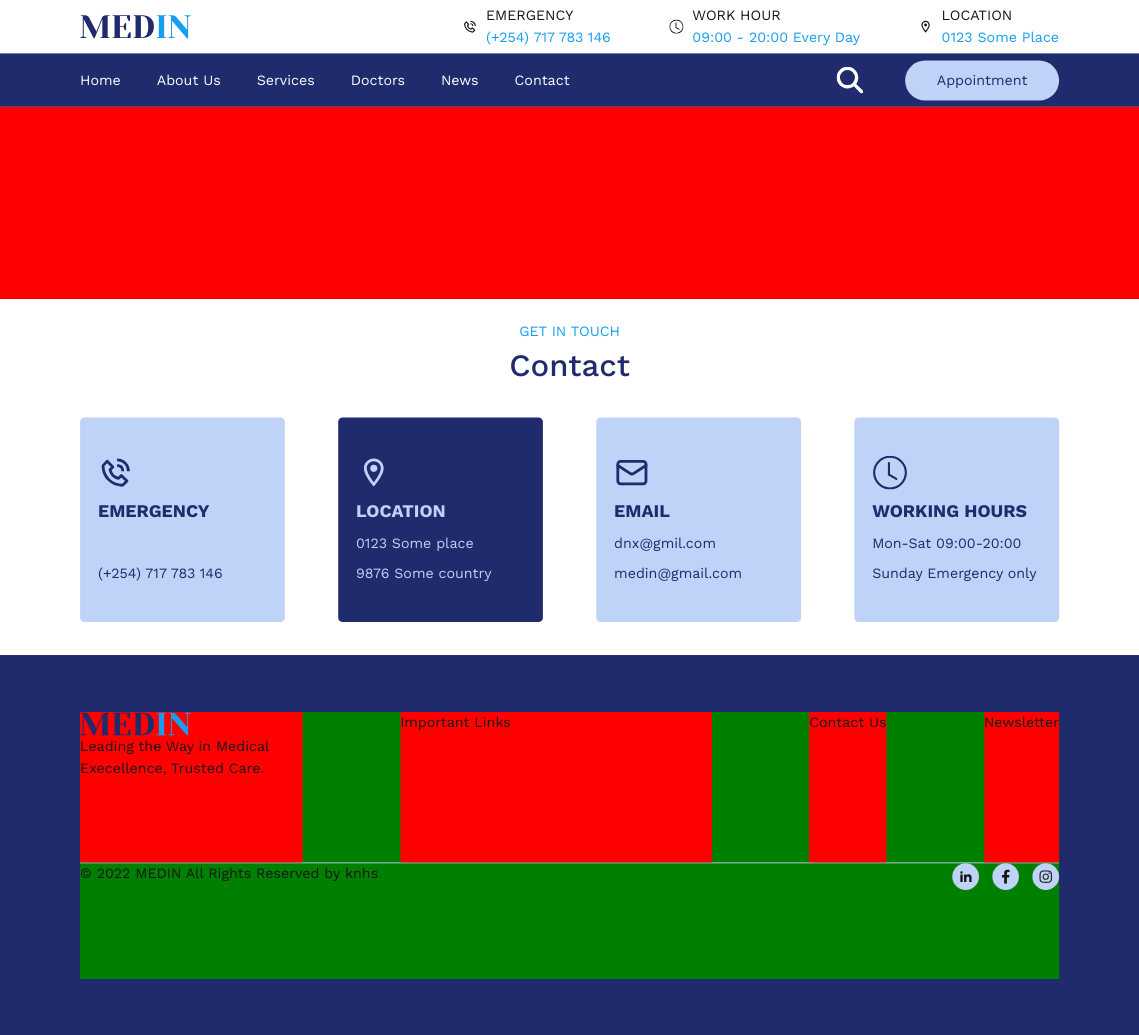
Repository: SynHK3/Poc_Hospital
Page: /appointment (app in fe_hospital/)
These files come from the project's save history. The page is drawn as it stood at one moment and after a run of saves; the edit follows.
The browser window is 1280 px wide. The pictures show the whole page, at 89% of full size.
The project was rebuilt for these pictures with package versions that can differ from the ones it lists, and the page was loaded fresh each time. The framework's server and built-in components were replaced by stand-ins that run in the browser. Also part of the build but not shown: fe_hospital/next.config.ts.

Above is the page before, as saved 2025-09-02 16:44:00.

### fe_hospital/src/app/layout.tsx
import type { Metadata } from "next";
import { Geist, Geist_Mono, Work_Sans } from "next/font/google";
import "./globals.css";

const geistSans = Geist({
  variable: "--font-geist-sans",
  subsets: ["latin"],
});

const geistMono = Geist_Mono({
  variable: "--font-geist-mono",
  subsets: ["latin"],
});

const workSans = Work_Sans({
  subsets: ["latin"],
  weight: ["400", "500", "600", "700"], // chọn các weight cần
});

export const metadata: Metadata = {
  title: "Create Next App",
  description: "Generated by create next app",
};

export default function RootLayout({
  children,
}: Readonly<{
  children: React.ReactNode;
}>) {
  return (
    <html lang="en">
      <body
        className={`${workSans.className} ${geistMono.variable} antialiased`}
      >
        {children}
      </body>
    </html>
  );
}

### fe_hospital/src/app/appointment/page.tsx
import Header from "@/components/header/header";
import "./appointment.css";
import Contact from "@/components/contact/contact";
import Footer from "@/components/footer/footer";

export default function Appointment() {
  return (
    <div>
      <Header></Header>
      <div className="container__content--appointment"></div>
      <Contact></Contact>
      <Footer></Footer>
    </div>
  );
}

### fe_hospital/src/components/header/header.tsx
import Logo from "../../images/Logo.svg";
import Image from "next/image";
import { BiPhoneCall } from "react-icons/bi";
import { FaMagnifyingGlass } from "react-icons/fa6";
import { BsClock } from "react-icons/bs";
import { MdOutlineLocationOn } from "react-icons/md";
import "./header.css";

export default function Header() {
  return (
    <div className="container__header">
      <div className="header__layout">
        <div className="header__headline">
          <Image src={Logo} width={125} height={42} alt=""></Image>

          <div className="header__headline--info">
            <div className="header__headline--info--item">
              <BiPhoneCall className="icon__info--item"></BiPhoneCall>

              <div className="header__headline--info--desc">
                <h3>EMERGENCY</h3>
                <h5>(+254) 717 783 146</h5>
              </div>
            </div>

            <div className="header__headline--info--item">
              <BsClock className="icon__info--item"></BsClock>

              <div className="header__headline--info--desc">
                <h3>WORK HOUR</h3>
                <h5>09:00 - 20:00 Every Day</h5>
              </div>
            </div>

            <div className="header__headline--info--item">
              <MdOutlineLocationOn className="icon__info--item"></MdOutlineLocationOn>

              <div className="header__headline--info--desc">
                <h3>LOCATION</h3>
                <h5>0123 Some Place</h5>
              </div>
            </div>
          </div>
        </div>

        <div className="header__nav">
          <div className="layout__header--nav">
            <ul className="header__list--nav">
              <li>Home</li>
              <li>About Us</li>
              <li>Services</li>
              <li>Doctors</li>
              <li>News</li>
              <li>Contact</li>
            </ul>

            <div className="header__nav--appoinment">
              <FaMagnifyingGlass fontSize={30}></FaMagnifyingGlass>

              <button className="header__btn--appointment">Appointment</button>
            </div>
          </div>
        </div>
      </div>
    </div>
  );
}

### fe_hospital/src/app/appointment/appointment.css
.container__content--appointment {
  width: 100%;
  height: 30vh;
  background-color: red;
}

### fe_hospital/src/components/contact/contact.tsx
import "./contact.css";

import { BiPhoneCall } from "react-icons/bi";
import { MdOutlineLocationOn } from "react-icons/md";
import { LuMail } from "react-icons/lu";
import { BsClock } from "react-icons/bs";

export default function Contact() {
  return (
    <div className="container__contact">
      <div className="container__layout--contact">
        <div className="content__contact--headline">
          <h6>GET IN TOUCH</h6>
          <h1>Contact</h1>
        </div>

        <ul className="content__list--contact">
          <li>
            <div className="contact--item">
              <BiPhoneCall className="contact__item--icon"></BiPhoneCall>
              <h1>EMERGENCY</h1>

              <h3 style={{ visibility: "hidden" }}>dnx@gmil.com</h3>
              <p>(+254) 717 783 146</p>
            </div>
          </li>
          <li>
            <div className="contact--item">
              <MdOutlineLocationOn className="contact__item--icon"></MdOutlineLocationOn>
              <h1>LOCATION</h1>

              <p>0123 Some place</p>
              <p>9876 Some country</p>
            </div>
          </li>
          <li>
            <div className="contact--item">
              <LuMail className="contact__item--icon"></LuMail>
              <h1>EMAIL</h1>

              <p>dnx@gmil.com</p>
              <p>medin@gmail.com</p>
            </div>
          </li>
          <li>
            <div className="contact--item">
              <BsClock className="contact__item--icon"></BsClock>
              <h1 className="headline--item">WORKING HOURS</h1>

              <p>Mon-Sat 09:00-20:00</p>
              <p>Sunday Emergency only</p>
            </div>
          </li>
        </ul>
      </div>
    </div>
  );
}

### fe_hospital/src/components/footer/footer.tsx
import "./footer.css";
import { RiLinkedinFill } from "react-icons/ri";
import { FaFacebookF } from "react-icons/fa";
import { FaInstagram } from "react-icons/fa";
import Image from "next/image";
import Logo from "../../images/Logo.svg";

export default function Footer() {
  return (
    <div className="container__footer">
      <div className="container__layout--footer">
        <ul className="list__footer--item">
          <li>
            <div>
              <Image src={Logo} width={125} height={42} alt=""></Image>
              <h1 className="headline__footer">Leading the Way in Medical Execellence, Trusted Care.</h1>
            </div>
          </li>
          <li>
            <div>
              <h1>Important Links</h1>
              <ul className="list--item--footer--link">
                <li></li>
                <li></li>
                <li></li>
                <li></li>
              </ul>
            </div>
          </li>

          <li>
            <div>
              <h1>Contact Us</h1>
              <ul className="list--item--footer--contact">
                <li></li>
                <li></li>
                <li></li>
                <li></li>
              </ul>
            </div>
          </li>
          <li>
            <div>
              <h1>Newsletter</h1>
            </div>
          </li>
        </ul>

        <div className="footer--line"></div>

        <div className="footer--link--social">
          <h3>© 2022 MEDIN All Rights Reserved by knhs</h3>

          <ul className="list--icon--link--social">
            <li>
              <RiLinkedinFill></RiLinkedinFill>
            </li>
            <li>
              <FaFacebookF></FaFacebookF>
            </li>
            <li>
              <FaInstagram></FaInstagram>
            </li>
          </ul>
        </div>
      </div>
    </div>
  );
}

### fe_hospital/src/components/header/header.css
.container__header {
  width: 100%;
  height: 120px;
}

.header__layout {
  display: flex;
  flex-direction: column;
  align-items: center;
  width: 100%;
}

.header__headline {
  display: flex;
  justify-content: space-between;
  width: 1100px;
  height: 60px;
}

.header__headline--info {
  width: 670px;
  display: flex;
  justify-content: space-between;
}

.header__headline--info--desc > h5 {
  color: #159eec;
}

.header__headline--info--item {
  height: 60px;
  display: flex;
  align-items: center;
}

.icon__info--item {
  font-size: 30;
  margin-right: 10px;
}

/* Header Nav */

.header__nav {
  display: flex;
  align-items: center;
  justify-content: center;
  width: 100%;
  height: 60px;
  background-color: #1f2b6c;
  color: white;
}

.layout__header--nav {
  display: flex;
  justify-content: space-between;
  align-items: center;
  width: 1100px;
  height: 60px;
}

.header__list--nav {
  width: 550px;
  display: flex;
  justify-content: space-between;
}

.header__nav--appoinment {
  width: 250px;
  height: 45px;
  display: flex;
  justify-content: space-between;
  align-items: center;
}

.header__btn--appointment {
  color: #1f2b6c;
  width: 173px;
  height: 45px;
  background-color: #bfd2f8;
  border-radius: 30px;
}

### fe_hospital/src/components/contact/contact.css
.container__contact {
  display: flex;
  width: 100%;
  height: 400px;
  justify-content: center;
}

.container__layout--contact {
  display: flex;
  flex-direction: column;
  justify-content: space-between;
  width: 1100px;
  height: 363px;
}

.content__contact--headline {
  display: flex;
  flex-direction: column;
  width: 100%;
  height: 127px;
  align-items: center;
  justify-content: center;
}

.content__list--contact {
  display: flex;
  justify-content: space-between;
  align-items: center;
}

.content__contact--headline > h1 {
  font-size: 35px;
  font-weight: 500;
  color: #1f2b6c;
}
.content__contact--headline > h6 {
  color: #159eec;
}

.content__list--contact > li {
  display: flex;
  align-items: center;
  width: 230px;
  height: 230px;
  background-color: #bfd2f8;
  border-radius: 5px;
}

.content__list--contact > li:nth-child(2) {
  background-color: #1f2b6c;
}

.content__list--contact > li:nth-child(2) > div > p,
.content__list--contact > li:nth-child(2) > div > h1,
.content__list--contact > li:nth-child(2) > div > .contact__item--icon {
  color: #bfd2f8;
}

.contact--item {
  margin-left: 20px;
  display: flex;
  flex-direction: column;
  justify-content: space-between;
  width: 126px;
  height: 145px;
}

.contact--item > h1 {
  width: 230px;
  font-size: 20px;
  font-weight: 700;
  color: #1f2b6c;
}

.contact--item > p {
  width: 230px;
  color: #1f2b6c;
}

.headline--item {
  width: 140px;
}

.contact__item--icon {
  width: 40px;
  height: 38px;
  color: #1f2b6c;
}

### fe_hospital/src/components/footer/footer.css
.container__footer {
  display: flex;
  width: 100%;
  height: 427px;
  justify-content: center;
  align-items: center;
  background-color: #1f2b6c;
}

.container__layout--footer {
  width: 1100px;
  height: 300px;
  background-color: green;
}

/* Footer Items  */
.list__footer--item {
  display: flex;
  justify-content: space-between;
  height: 169px;
}

.list__footer--item > li {
  background-color: red;
}

.list__footer--item > li:nth-child(2) {
  width: 350px;
}

.headline__footer {
  width: 250px;
}

/* Footer Line */

.footer--line {
  width: 100%;
  height: 1px;
  background-color: #bfd2f8;
}

.footer--link--social {
  justify-content: space-between;
  display: flex;
}

.list--icon--link--social {
  display: flex;
  justify-content: space-between;
  width: 120px;
}

.list--icon--link--social > li {
  display: flex;
  align-items: center;
  justify-content: center;
  width: 30px;
  height: 30px;
  background-color: #bfd2f8;
  border-radius: 50%;
}

Loaded but not shown: fe_hospital/src/app/globals.css (common file)

After the next 2 saves:
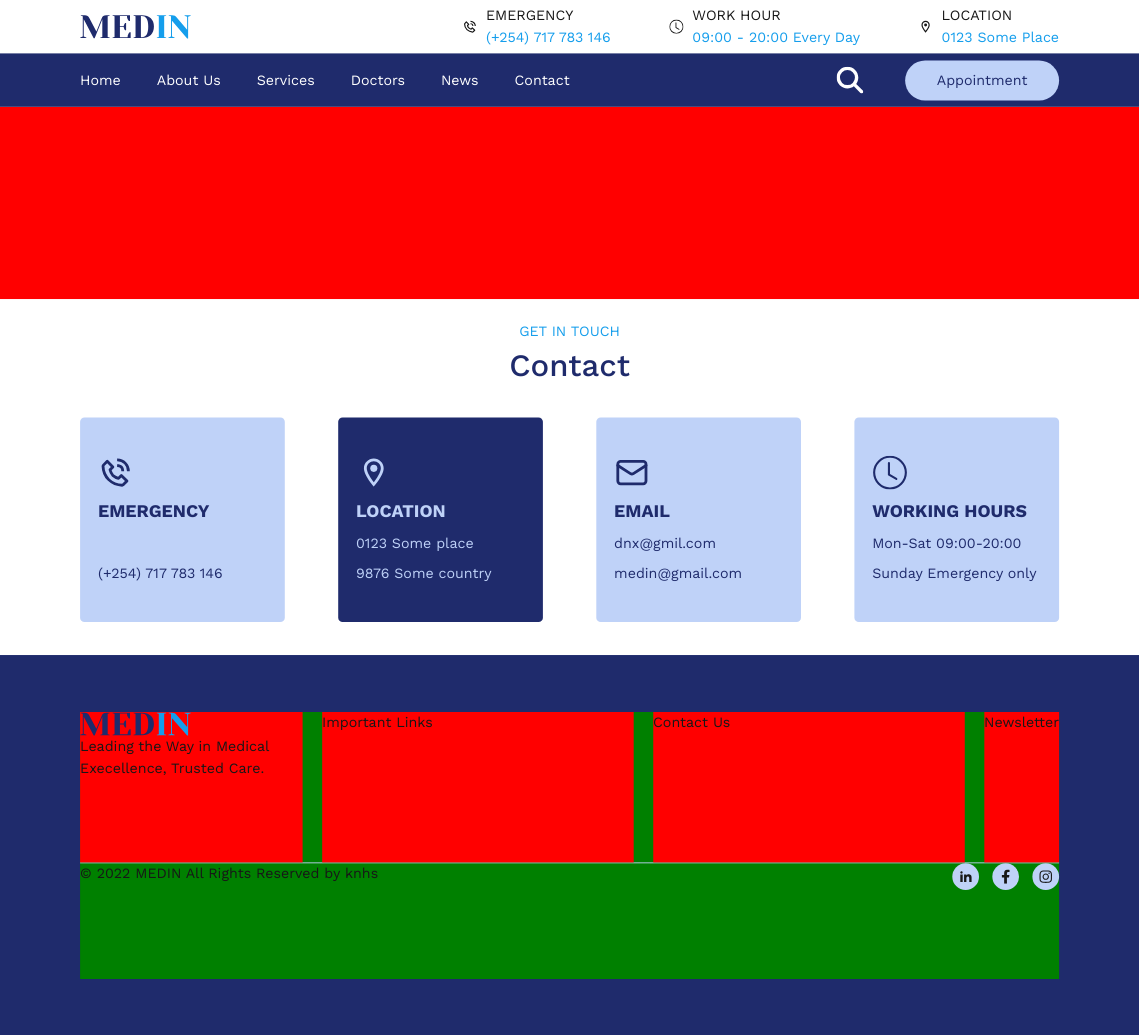
The 2 saves are shown as one change because they came seconds apart.
The last was saved 24 s later.
--- a/fe_hospital/src/components/footer/footer.css
+++ b/fe_hospital/src/components/footer/footer.css
@@ -24,6 +24,7 @@
   background-color: red;
 }
 
+.list__footer--item > li:nth-child(3),
 .list__footer--item > li:nth-child(2) {
   width: 350px;
 }
